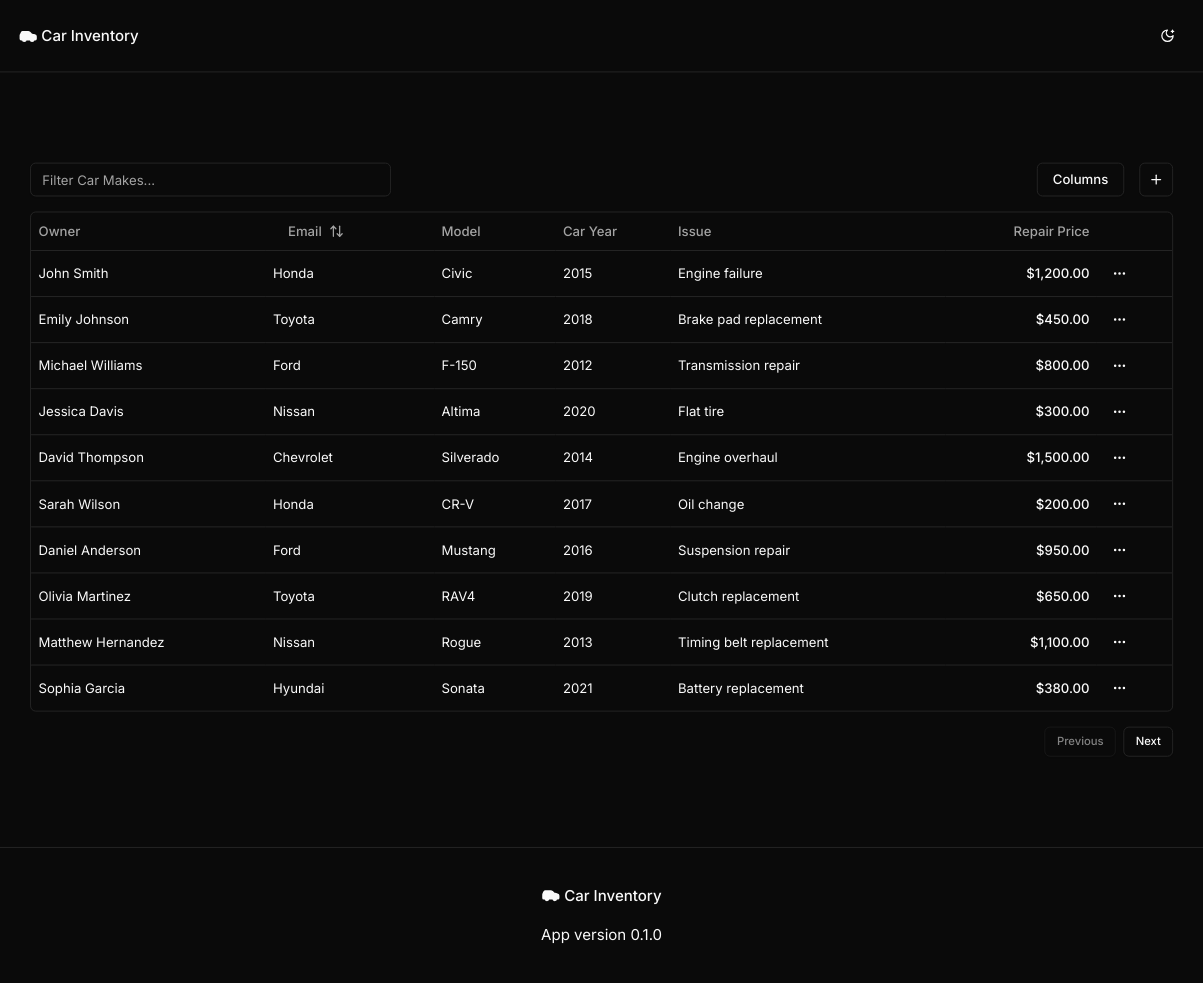
Repository: tushcmd/car-inventory
Page: / (app in frontend/)
These files come from the project's save history. The page is drawn as it stood at one moment and after the next save; the edit follows.
The browser window is 1280 px wide. The pictures show the whole page, at 94% of full size.
The page's requests for data from a server got no answer. The project was rebuilt for these pictures with package versions that can differ from the ones it lists, and the page was loaded fresh each time. The framework's server and built-in components were replaced by stand-ins that run in the browser. No one was signed in, and anything a server would have sent is missing. Also part of the build but not shown: frontend/next.config.mjs.

Above is the page before, as saved 2024-05-12 09:17:58.

After the next save:
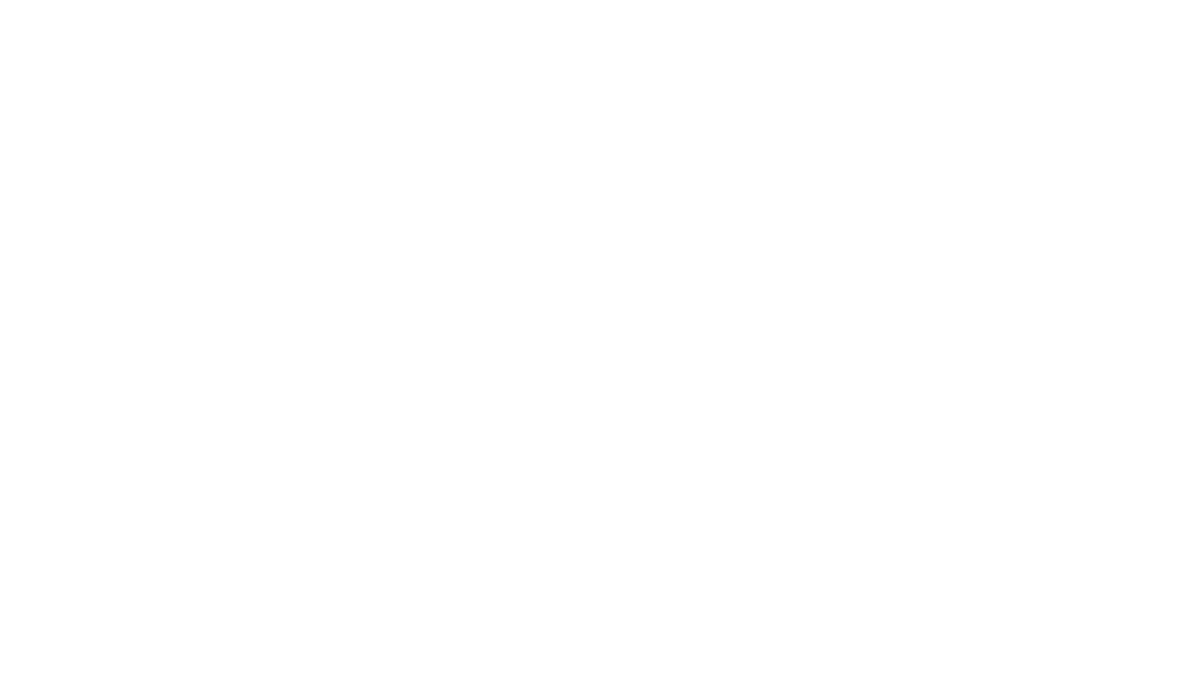
Saved 14 min 42 s later.
--- a/frontend/app/page.tsx
+++ b/frontend/app/page.tsx
@@ -4,69 +4,11 @@
 
 async function getData(): Promise<Car[]> {
   // Fetch data from your API here.
-  return [
-    {
-      ownerName: 'John Smith',
-      make: 'Honda',
-      model: 'Civic',
-      carYear: 2015,
-      issue: 'Engine failure',
-      repairPrice: 1200,
-    },
-    {
-      ownerName: 'Emily Johnson',
-      make: 'Toyota',
-      model: 'Camry',
-      carYear: 2018,
-      issue: 'Brake pad replacement',
-      repairPrice: 450
-    },
-    {
-      ownerName: 'Michael Williams',
-      make: 'Ford',
-      model: 'F-150',
-      carYear: 2012,
-      issue: 'Transmission repair',
-      repairPrice: 800
-    },
-    { ownerName: 'Jessica Davis', make: 'Nissan', model: 'Altima', carYear: 2020, issue: 'Flat tire', repairPrice: 300 },
-    { ownerName: 'David Thompson', make: 'Chevrolet', model: 'Silverado', carYear: 2014, issue: 'Engine overhaul', repairPrice: 1500 },
-    { ownerName: 'Sarah Wilson', make: 'Honda', model: 'CR-V', carYear: 2017, issue: 'Oil change', repairPrice: 200 },
-    { ownerName: 'Daniel Anderson', make: 'Ford', model: 'Mustang', carYear: 2016, issue: 'Suspension repair', repairPrice: 950 },
-    { ownerName: 'Olivia Martinez', make: 'Toyota', model: 'RAV4', carYear: 2019, issue: 'Clutch replacement', repairPrice: 650 },
-    { ownerName: 'Matthew Hernandez', make: 'Nissan', model: 'Rogue', carYear: 2013, issue: 'Timing belt replacement', repairPrice: 1100 },
-  { ownerName: 'Sophia Garcia', make: 'Hyundai', model: 'Sonata', carYear: 2021, issue: 'Battery replacement', repairPrice: 380 },
-  { ownerName: 'Andrew Rodriguez', make: 'Jeep', model: 'Wrangler', carYear: 2011, issue: 'Engine rebuild', repairPrice: 1300 },
-  { ownerName: 'Isabella Gonzalez', make: 'Subaru', model: 'Outback', carYear: 2018, issue: 'Alternator replacement', repairPrice: 550 },
-  { ownerName: 'Joshua Perez', make: 'Chevrolet', model: 'Malibu', carYear: 2015, issue: 'Transmission overhaul', repairPrice: 900 },
-  { ownerName: 'Emma Sanchez', make: 'Kia', model: 'Sorento', carYear: 2022, issue: 'Tire rotation', repairPrice: 250 },
-  { ownerName: 'Christopher Ramirez', make: 'Ford', model: 'Explorer', carYear: 2010, issue: 'Engine replacement', repairPrice: 1400 },
-  { ownerName: 'Abigail Flores', make: 'Hyundai', model: 'Elantra', carYear: 2017, issue: 'Brake caliper replacement', repairPrice: 600 },
-  { ownerName: 'Jacob Rivera', make: 'Chevrolet', model: 'Impala', carYear: 2014, issue: 'Starter replacement', repairPrice: 750 },
-  { ownerName: 'Mia Torres', make: 'Mazda', model: 'CX-5', carYear: 2019, issue: 'Wheel alignment', repairPrice: 350 },
-  { ownerName: 'William Gomez', make: 'Toyota', model: 'Sienna', carYear: 2012, issue: 'Head gasket replacement', repairPrice: 1050 },
-  { ownerName: 'Sophia Diaz', make: 'Ford', model: 'Escape', carYear: 2016, issue: 'Spark plug replacement', repairPrice: 400 },
-  { ownerName: 'Andrew Clark', make: 'BMW', model: '3 Series', carYear: 2015, issue: 'Engine failure', repairPrice: 1200 },
-  { ownerName: 'Isabella Lewis', make: 'Honda', model: 'Accord', carYear: 2018, issue: 'Brake pad replacement', repairPrice: 450 },
-  { ownerName: 'Joshua Walker', make: 'Toyota', model: 'Tundra', carYear: 2012, issue: 'Transmission repair', repairPrice: 800 },
-  { ownerName: 'Emma Hall', make: 'Nissan', model: 'Maxima', carYear: 2020, issue: 'Flat tire', repairPrice: 300 },
-  { ownerName: 'Christopher Young', make: 'Chevrolet', model: 'Tahoe', carYear: 2014, issue: 'Engine overhaul', repairPrice: 1500 },
-  { ownerName: 'Abigail Allen', make: 'Mazda', model: 'CX-9', carYear: 2017, issue: 'Oil change', repairPrice: 200 },
-  { ownerName: 'Jacob King', make: 'Ford', model: 'F-250', carYear: 2016, issue: 'Suspension repair', repairPrice: 950 },
-  { ownerName: 'Mia Wright', make: 'Toyota', model: 'Highlander', carYear: 2019, issue: 'Clutch replacement', repairPrice: 650 },
-  { ownerName: 'William Scott', make: 'Nissan', model: 'Pathfinder', carYear: 2013, issue: 'Timing belt replacement', repairPrice: 1100 },
-  { ownerName: 'Sophia Green', make: 'Hyundai', model: 'Tucson', carYear: 2021, issue: 'Battery replacement', repairPrice: 380 },
-  { ownerName: 'Andrew Baker', make: 'Jeep', model: 'Grand Cherokee', carYear: 2011, issue: 'Engine rebuild', repairPrice: 1300 },
-  { ownerName: 'Isabella Adams', make: 'Subaru', model: 'Forester', carYear: 2018, issue: 'Alternator replacement', repairPrice: 550 },
-  { ownerName: 'Joshua Nelson', make: 'Chevrolet', model: 'Cruze', carYear: 2015, issue: 'Transmission overhaul', repairPrice: 900 },
-  { ownerName: 'Emma Carter', make: 'Kia', model: 'Optima', carYear: 2022, issue: 'Tire rotation', repairPrice: 250 },
-  { ownerName: 'Christopher Mitchell', make: 'Ford', model: 'Edge', carYear: 2010, issue: 'Engine replacement', repairPrice: 1400 },
-  { ownerName: 'Abigail Roberts', make: 'Hyundai', model: 'Kona', carYear: 2017, issue: 'Brake caliper replacement', repairPrice: 600 },
-  { ownerName: 'Jacob Turner', make: 'Chevrolet', model: 'Equinox', carYear: 2014, issue: 'Starter replacement', repairPrice: 750 },
-  { ownerName: 'Mia Phillips', make: 'Mazda', model: 'Mazda3', carYear: 2019, issue: 'Wheel alignment', repairPrice: 350 },
-    // ...
-  ]
-}
+  const response = await fetch(`http://localhost:8080/cars`);
+  const data = await response.json();
+  return data;
+};
+
 
 export default async function DemoPage() {
   const data = await getData()

After the save that followed:
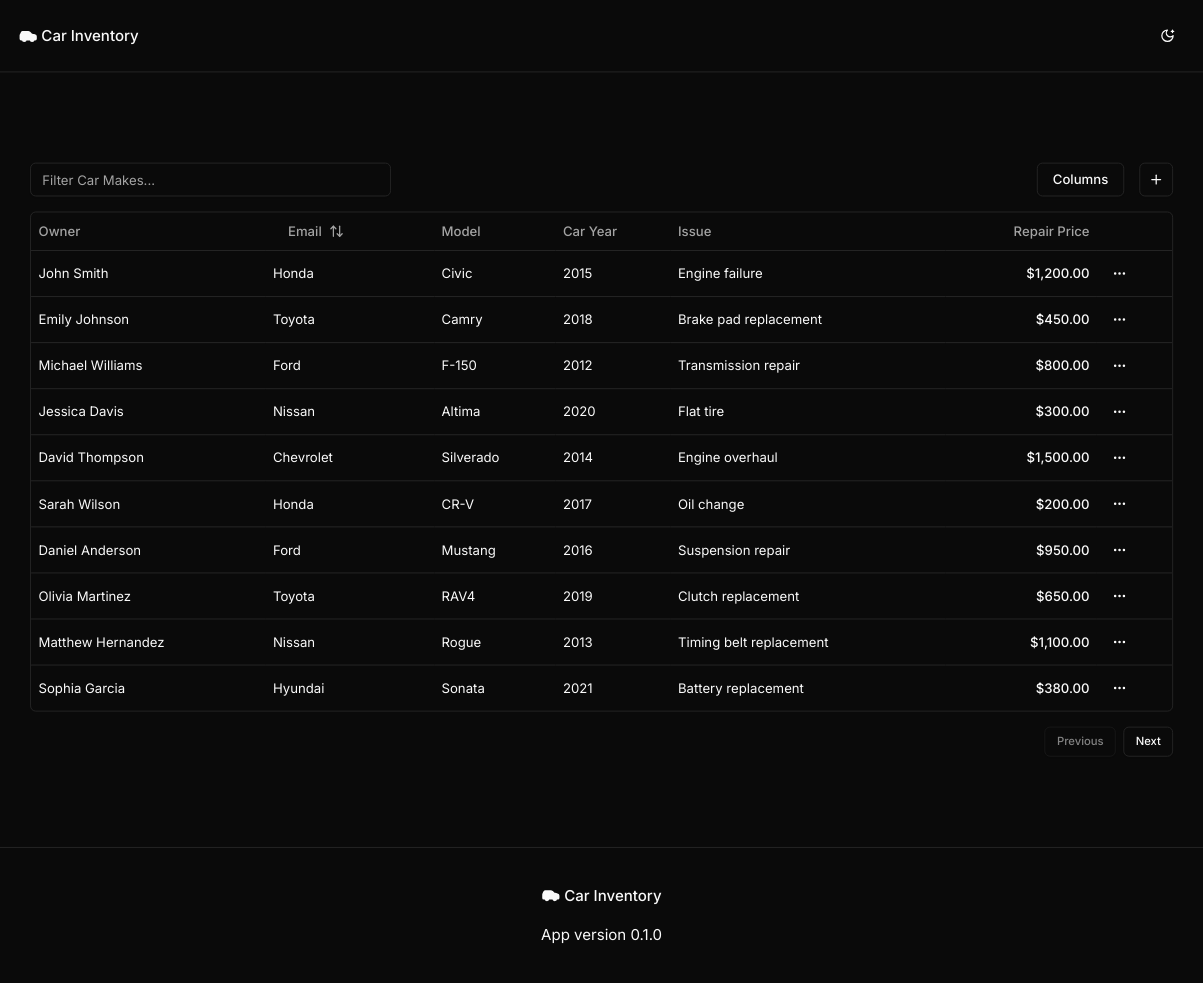
Saved 7 min 14 s later.
--- a/frontend/app/page.tsx
+++ b/frontend/app/page.tsx
@@ -4,9 +4,71 @@
 
 async function getData(): Promise<Car[]> {
   // Fetch data from your API here.
-  const response = await fetch(`http://localhost:8080/cars`);
-  const data = await response.json();
-  return data;
+  //const response = await fetch(`http://localhost:8080/cars`);
+  //const data = await response.json();
+
+return [
+  {
+    ownerName: 'John Smith',
+    make: 'Honda',
+    model: 'Civic',
+    carYear: 2015,
+    issue: 'Engine failure',
+    repairPrice: 1200,
+  },
+  {
+    ownerName: 'Emily Johnson',
+    make: 'Toyota',
+    model: 'Camry',
+    carYear: 2018,
+    issue: 'Brake pad replacement',
+    repairPrice: 450
+  },
+  {
+    ownerName: 'Michael Williams',
+    make: 'Ford',
+    model: 'F-150',
+    carYear: 2012,
+    issue: 'Transmission repair',
+    repairPrice: 800
+  },
+  { ownerName: 'Jessica Davis', make: 'Nissan', model: 'Altima', carYear: 2020, issue: 'Flat tire', repairPrice: 300 },
+  { ownerName: 'David Thompson', make: 'Chevrolet', model: 'Silverado', carYear: 2014, issue: 'Engine overhaul', repairPrice: 1500 },
+  { ownerName: 'Sarah Wilson', make: 'Honda', model: 'CR-V', carYear: 2017, issue: 'Oil change', repairPrice: 200 },
+  { ownerName: 'Daniel Anderson', make: 'Ford', model: 'Mustang', carYear: 2016, issue: 'Suspension repair', repairPrice: 950 },
+  { ownerName: 'Olivia Martinez', make: 'Toyota', model: 'RAV4', carYear: 2019, issue: 'Clutch replacement', repairPrice: 650 },
+  { ownerName: 'Matthew Hernandez', make: 'Nissan', model: 'Rogue', carYear: 2013, issue: 'Timing belt replacement', repairPrice: 1100 },
+{ ownerName: 'Sophia Garcia', make: 'Hyundai', model: 'Sonata', carYear: 2021, issue: 'Battery replacement', repairPrice: 380 },
+{ ownerName: 'Andrew Rodriguez', make: 'Jeep', model: 'Wrangler', carYear: 2011, issue: 'Engine rebuild', repairPrice: 1300 },
+{ ownerName: 'Isabella Gonzalez', make: 'Subaru', model: 'Outback', carYear: 2018, issue: 'Alternator replacement', repairPrice: 550 },
+{ ownerName: 'Joshua Perez', make: 'Chevrolet', model: 'Malibu', carYear: 2015, issue: 'Transmission overhaul', repairPrice: 900 },
+{ ownerName: 'Emma Sanchez', make: 'Kia', model: 'Sorento', carYear: 2022, issue: 'Tire rotation', repairPrice: 250 },
+{ ownerName: 'Christopher Ramirez', make: 'Ford', model: 'Explorer', carYear: 2010, issue: 'Engine replacement', repairPrice: 1400 },
+{ ownerName: 'Abigail Flores', make: 'Hyundai', model: 'Elantra', carYear: 2017, issue: 'Brake caliper replacement', repairPrice: 600 },
+{ ownerName: 'Jacob Rivera', make: 'Chevrolet', model: 'Impala', carYear: 2014, issue: 'Starter replacement', repairPrice: 750 },
+{ ownerName: 'Mia Torres', make: 'Mazda', model: 'CX-5', carYear: 2019, issue: 'Wheel alignment', repairPrice: 350 },
+{ ownerName: 'William Gomez', make: 'Toyota', model: 'Sienna', carYear: 2012, issue: 'Head gasket replacement', repairPrice: 1050 },
+{ ownerName: 'Sophia Diaz', make: 'Ford', model: 'Escape', carYear: 2016, issue: 'Spark plug replacement', repairPrice: 400 },
+{ ownerName: 'Andrew Clark', make: 'BMW', model: '3 Series', carYear: 2015, issue: 'Engine failure', repairPrice: 1200 },
+{ ownerName: 'Isabella Lewis', make: 'Honda', model: 'Accord', carYear: 2018, issue: 'Brake pad replacement', repairPrice: 450 },
+{ ownerName: 'Joshua Walker', make: 'Toyota', model: 'Tundra', carYear: 2012, issue: 'Transmission repair', repairPrice: 800 },
+{ ownerName: 'Emma Hall', make: 'Nissan', model: 'Maxima', carYear: 2020, issue: 'Flat tire', repairPrice: 300 },
+{ ownerName: 'Christopher Young', make: 'Chevrolet', model: 'Tahoe', carYear: 2014, issue: 'Engine overhaul', repairPrice: 1500 },
+{ ownerName: 'Abigail Allen', make: 'Mazda', model: 'CX-9', carYear: 2017, issue: 'Oil change', repairPrice: 200 },
+{ ownerName: 'Jacob King', make: 'Ford', model: 'F-250', carYear: 2016, issue: 'Suspension repair', repairPrice: 950 },
+{ ownerName: 'Mia Wright', make: 'Toyota', model: 'Highlander', carYear: 2019, issue: 'Clutch replacement', repairPrice: 650 },
+{ ownerName: 'William Scott', make: 'Nissan', model: 'Pathfinder', carYear: 2013, issue: 'Timing belt replacement', repairPrice: 1100 },
+{ ownerName: 'Sophia Green', make: 'Hyundai', model: 'Tucson', carYear: 2021, issue: 'Battery replacement', repairPrice: 380 },
+{ ownerName: 'Andrew Baker', make: 'Jeep', model: 'Grand Cherokee', carYear: 2011, issue: 'Engine rebuild', repairPrice: 1300 },
+{ ownerName: 'Isabella Adams', make: 'Subaru', model: 'Forester', carYear: 2018, issue: 'Alternator replacement', repairPrice: 550 },
+{ ownerName: 'Joshua Nelson', make: 'Chevrolet', model: 'Cruze', carYear: 2015, issue: 'Transmission overhaul', repairPrice: 900 },
+{ ownerName: 'Emma Carter', make: 'Kia', model: 'Optima', carYear: 2022, issue: 'Tire rotation', repairPrice: 250 },
+{ ownerName: 'Christopher Mitchell', make: 'Ford', model: 'Edge', carYear: 2010, issue: 'Engine replacement', repairPrice: 1400 },
+{ ownerName: 'Abigail Roberts', make: 'Hyundai', model: 'Kona', carYear: 2017, issue: 'Brake caliper replacement', repairPrice: 600 },
+{ ownerName: 'Jacob Turner', make: 'Chevrolet', model: 'Equinox', carYear: 2014, issue: 'Starter replacement', repairPrice: 750 },
+{ ownerName: 'Mia Phillips', make: 'Mazda', model: 'Mazda3', carYear: 2019, issue: 'Wheel alignment', repairPrice: 350 },
+  // ...
+]
 };
 
 
